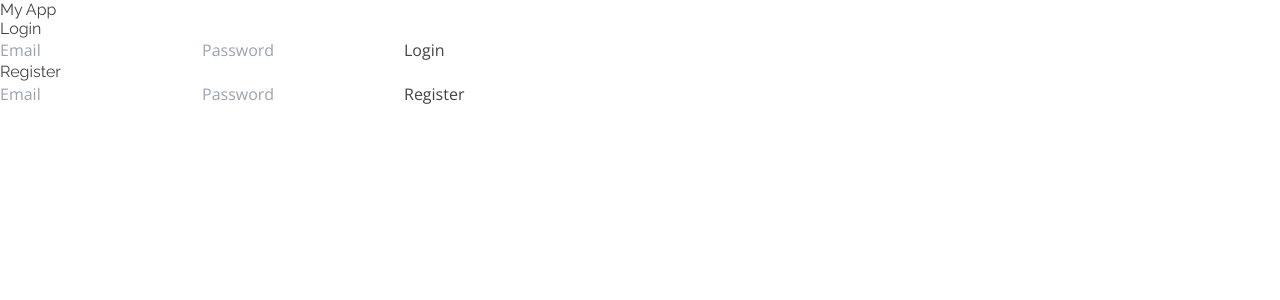
Repository: rajeshwaranslv/financefrenzy-main
Page: /About
The author's editor kept a copy of each file at every save. The page is drawn from the files as they stood at one save, then again after the next save.
The browser window is 1280 px wide. The pictures show the whole page.
The project was rebuilt for these pictures with package versions that can differ from the ones it lists, and the page was loaded fresh each time. A package was used in the major version that the imports need, not the one package.json lists. Also part of the build but not shown: src/App.css, src/Components/Navbar.js, src/Components/util/ChangeTitle.js, src/Components/Services.js, src/Components/Hero.js, src/Components/About.js, src/Components/Products.js, src/Components/Footer.js and 4 more.

Above is the page before, as saved 2023-06-23 20:41:05.

After the next save:
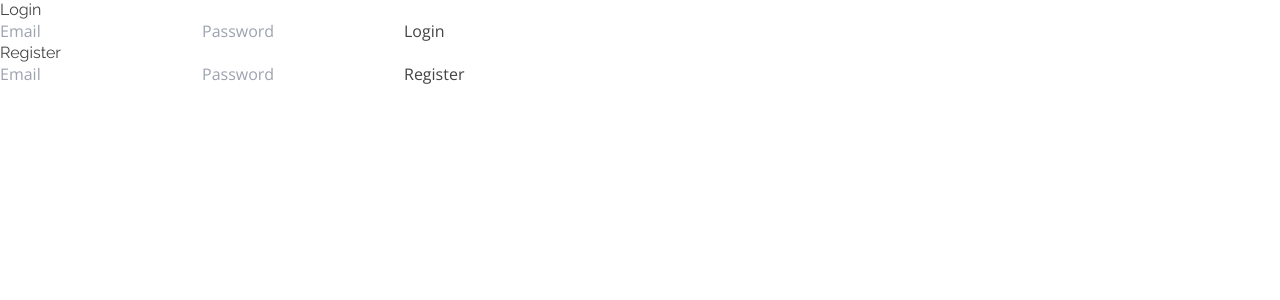
Saved 41 s later.
--- a/src/App.js
+++ b/src/App.js
@@ -43,7 +43,7 @@ class App extends React.Component {
     const { user } = this.state;
     return (
       <div>
-        <h1>My App</h1>
+
         {user ? (
           <Home />
         ) : (
